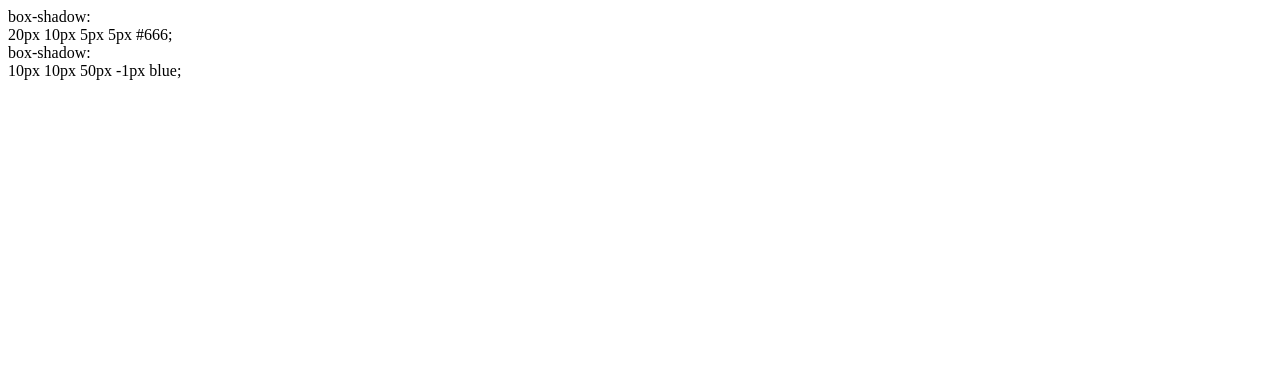
Repository: SeungjaeYu/webstudy
Page: webstudy/06_css/08_shadow/02_box-shadow.htm
These files come from the project's save history. The page is drawn as it stood at one moment and after the next save; the edit follows.
The browser window is 1280 px wide. The pictures show the whole page.

Above is the page before, as saved 2019-08-28 14:42:00.

### webstudy/06_css/08_shadow/02_box-shadow.htm
<!DOCTYPE html>
<!--
   박스 그림자
   - box-shadow : 수평거리 | 수직거리 | blur | 확장거리 | 색상 | inset
      1. 수평거리(필수)
          그림자가 수평으로 얼마나 떨어져 있는지 지정,
          양수값은 요소의 오른쪽에 음수값은 요소의 왼쪽에 그림자 표시
      2. 수직거리(필수)
          그림자가 수직으로 얼마나 떨어져 있는지 지정,
          양수값은 요소의 위쪽에 음수값은 요소의 아래쪽에 그림자 표시
      3. blur
          그림자의 흐림정도, 생략시 0을 기본값으로 진한 그림자, 음수 불가능,
          값이 커지면 흐려짐
      4. 확장거리
          그림자의 번짐정도, 양수값을 사용하면 모든 방향으로 그림자가 퍼짐으로 박스보다 그림자가 크게 보임,
          음수값은 모든 방향으로 그림자 축소
      5. 색상(그림자 색상)
         inset : 키워드 사용시 박스 안쪽에 그림자 표시,
          사용하지 않으면 박스 바깥쪽에 그림자 표시
 -->
<html>
<head>
<title> box-shadow </title>
<meta charset="utf-8" />
<style>

</style>
</head>
<body>
    <div class="shadow1">box-shadow:<br />20px 10px 5px 5px #666;</div>
    <div class="shadow2">box-shadow:<br />10px 10px 50px -1px blue;</div>
</body>
</html>

After the next save:
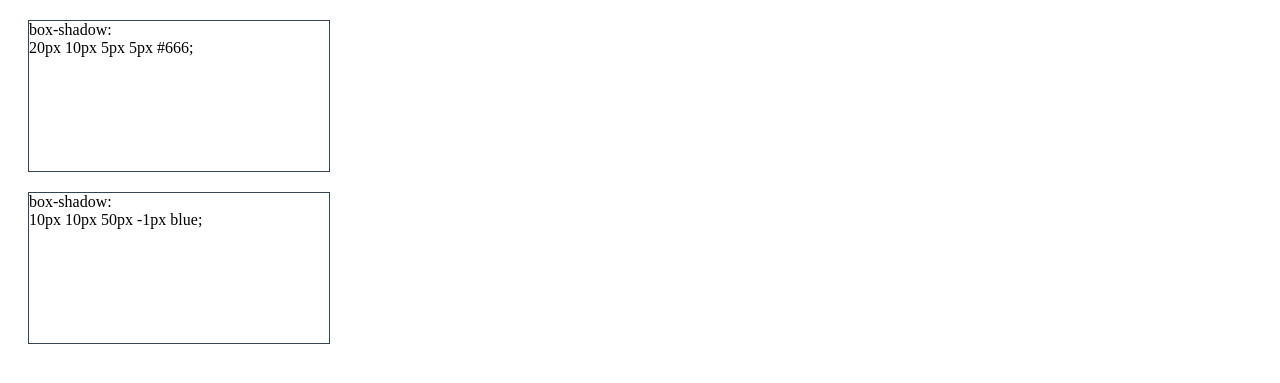
Saved 70 s later.
--- a/webstudy/06_css/08_shadow/02_box-shadow.htm
+++ b/webstudy/06_css/08_shadow/02_box-shadow.htm
@@ -23,7 +23,12 @@
 <title> box-shadow </title>
 <meta charset="utf-8" />
 <style>
+    div {
+        border: 1px solid #345;
+        width: 300px; height: 150px;
+        margin: 20px;
 
+    }
 </style>
 </head>
 <body>
